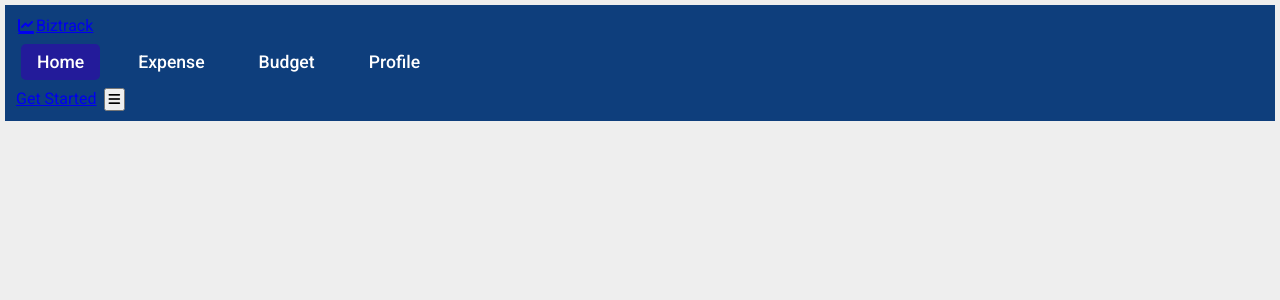
Repository: JoyUdoh106/wdd131
Page: project/index.html
These files come from the project's save history. The page is drawn as it stood at one moment and after the next save; the edit follows.
The browser window is 1280 px wide. The pictures show the whole page.

Above is the page before, as saved 2025-08-10 18:39:19.
Console error: TypeError: Cannot set properties of null (setting 'textContent')

### project/index.html
<!DOCTYPE html>
<html lang="en">
<head>
    <meta charset="UTF-8">
    <meta name="viewport" content="width=device-width, initial-scale=1.0">
    <title>Track Expense and Budget - BIZTRACK PROJECT - HOME PAGE</title>
    <meta name="description" content="An informational website on tracking expenses and making budgets - Home page">
    <meta name="author" content="Joy Paulinus Udoh">

    <link rel="stylesheet" href="styles/project.css">
    <script src="scripts/project.js" defer></script>
    <link rel="stylesheet" href="styles/project-large.css">
    <link rel="stylesheet" href="https://cdnjs.cloudflare.com/ajax/libs/font-awesome/6.4.0/css/all.min.css">

    <link rel="preconnect" href="https://fonts.googleapis.com">
    <link rel="preconnect" href="https://fonts.gstatic.com" crossorigin>
    <link href="https://fonts.googleapis.com/css2?family=Merriweather:wght@300;400&family=Roboto:ital,wght@0,100..900;1,100..900&display=swap" rel="stylesheet">
</head>
<body>
    <header>
        <div class="container header-container">
            <a href="index.html" class="logo"><i class="fas fa-chart-line"></i> Biztrack</a>
            <nav class="main-nav">
                <ul class="nav-links">
                    <li><a href="index.html" class="nav-link active">Home</a></li>
                    <li><a href="expense.html" class="nav-link">Expense</a></li>
                    <li><a href="budget.html" class="nav-link">Budget</a></li>
                    <li><a href="profile.html" class="nav-link">Profile</a></li>
                </ul>
            </nav>
            <a href="#" class="btn btn-primary get-started-btn">Get Started</a>
            <button class="nav-toggle" id="nav-toggle-btn">
                <i class="fas fa-bars"></i>
            </button>
        </div>
    </header>


</body>
</html>

### project/styles/project.css
* {
    margin: 1px;
    padding: 1px;
    box-sizing: border-box;
}

body {
    font-family: 'Roboto' , sans-serif;
    background-color: #eee;
    color: #ddd;
    background-image: image;
}

header {
    background-color: #0e3e7c;
    display: flex;
    justify-content: space-between;
    align-items: center;
    padding: 7px;
}

header h1 {
    font-size: 1.3rem;
    font-family: 'Merriweather', serif;
}

main {
    background-image: url(../images/project-hero-image.webp);
    justify-items: center;
}

.logo {
    display: flex;
}

nav {
    display: none;
}

#menu-button {
    font-size: 1.7rem;
    background: none;
    border: none;
    color: white;
    cursor: pointer;
}

nav {
    display: none;
}

nav.open {
    display: block;
    position: absolute;
    top: 65px;
    left: 0;
    width: 100%;
    background-color: #310f5e;
}

nav ul {
    list-style-type: none;
    display: flex;
    flex-direction: column;
}

nav a {
    display: block;
    color: white;
    text-align: center;
    padding: 1rem;
    text-decoration: none;
    font-size: 1.1rem;
    font-weight: 500;
}

nav a:hover, nav a.active {
    background-color: #231b9a;
}

#infor {
    color: white;
    background-color: rgba(5, 39, 114, 0.562);
    margin: 4px;
    padding: 1px;
}

.morquee-button {
    background-color: rgb(4, 107, 138);
    border-radius: 6px;
    border: rgba(93, 17, 138, 0.3);
    padding: 5px;
    color: #ddd;
    font-family: 'Roboto', sans-serif;
}

.section {
    color: white;
}

.project-home {
    width: 90%;
    background-color: rgba(8, 19, 165, 0.5);
    margin-left: auto;
    margin-right: auto;
    padding: 10px;
    margin: 2px 5px;
    border: rgba(74, 226, 231, 0.5);
    border-radius: 6px;
    max-width: 700px;
}

h2 {
    text-align: center;
}

ol {
     list-style-type: none;
}

footer {
    background-color: #0e3e7c;
}

.footer {
    display: flex;
    justify-content: space-between;
    align-items: center;
    padding: 10px 20px;
}

footer p {
    text-align: center;
}

.sociallinks {
    display: flex;
    gap: 10px;
}

.sociallinks a img {
    width: 50px;
    height: auto;
    text-decoration: none;
}

.sociallinks a {
    text-decoration: none;
}

### project/scripts/project.js
document.addEventListener('DOMContentLoaded', () => {

    const currentYearSpan = document.getElementById('current-year');
    const currentYear = new Date().getFullYear();
    currentYearSpan.textContent = currentYear;

    const lastModifiedSpan = document.getElementById('last-modified');
    const lastModified = document.lastModified;
    lastModifiedSpan.textContent = lastModified;

    const menuButton = document.getElementById('menu-button');
    const nav = document.querySelector('nav');

    menuButton.addEventListener('click', () => {
        nav.classList.toggle('open');
        if (nav.classList.contains('open')) {
            menuButton.textContent = 'X';
        } else {
            menuButton.textContent = '☰';
        }
    });

});

### project/styles/project-large.css
@media (min-width: 768px) {
    #menu-button {
        display: none;
    }

    nav {
        display: block;
        position: static;
        width: auto;
        background-color: transparent;
    }

    nav ul {
        flex-direction: row;
        gap: 1rem;
    }

    nav a {
        padding: 0.5rem 1rem;
        border-radius: 5px;
    }

    #infor {
        padding: 7px;
        margin: 10px;
    }

    .project-home {
        max-width: 1600px;
    }

}

After the next save:
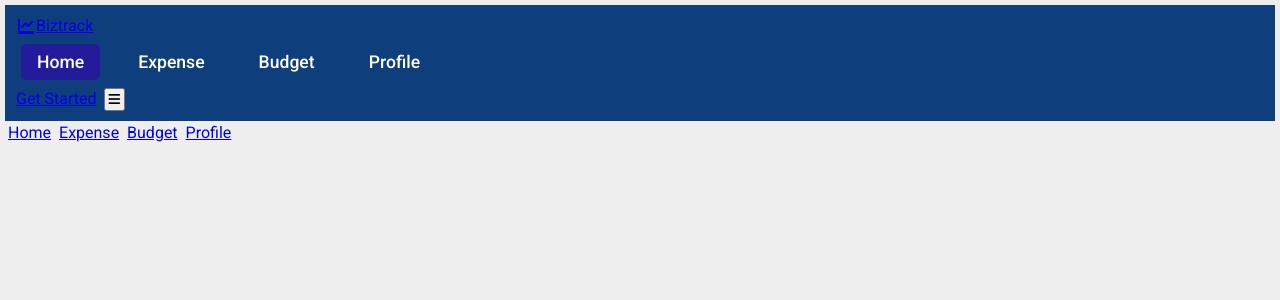
Saved 8 s later.
--- a/project/index.html
+++ b/project/index.html
@@ -35,6 +35,11 @@
         </div>
     </header>
 
-
+    <div class="mobile-nav" id="mobile-nav-menu">
+        <a href="index.html" class="nav-link active">Home</a>
+        <a href="expense.html" class="nav-link">Expense</a>
+        <a href="budget.html" class="nav-link">Budget</a>
+        <a href="profile.html" class="nav-link">Profile</a>
+    </div>
 </body>
 </html>
